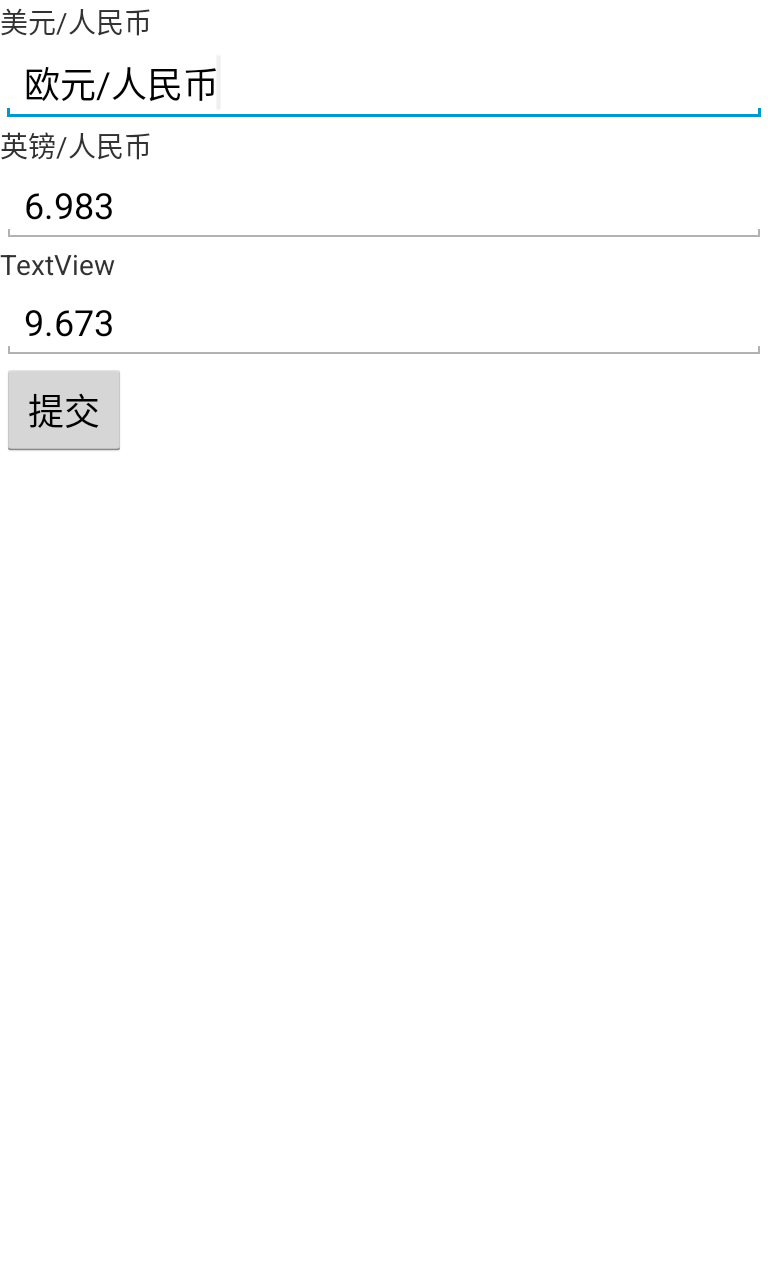
Repository: superlikex/Android_task
Layout: exchange/res/layout/avtivity_set.xml
These files come from the project's save history. The layout is drawn as it stood at one moment and after the next save; the edit follows.
It is drawn on a 768 x 1280 px phone screen (xhdpi) without system bars, with theme AppTheme; the app's code is not run.

Above is the layout before, as saved 2015-12-04 16:56:00.

After the next save:
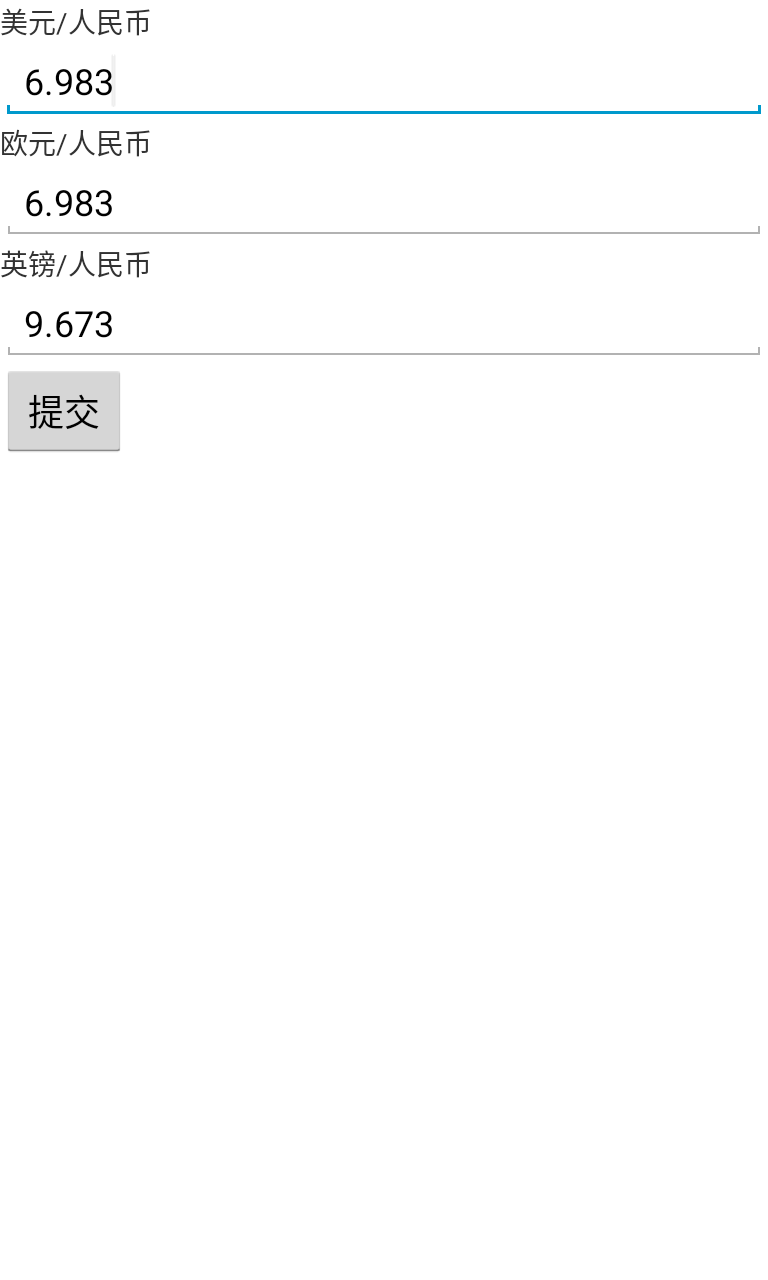
Saved 99 s later.
--- a/exchange/res/layout/avtivity_set.xml
+++ b/exchange/res/layout/avtivity_set.xml
@@ -16,7 +16,7 @@
         android:layout_height="wrap_content"
         android:ems="10"
         android:inputType="numberDecimal"
-         android:text="欧元/人民币"
+         android:text="6.983"
         >
 
         <requestFocus />
@@ -26,7 +26,7 @@
         android:id="@+id/textView2"
         android:layout_width="wrap_content"
         android:layout_height="wrap_content"
-        android:text="英镑/人民币" />
+        android:text="欧元/人民币" />
 
     <EditText
         android:id="@+id/editText2"
@@ -41,7 +41,7 @@
         android:id="@+id/textView3"
         android:layout_width="wrap_content"
         android:layout_height="wrap_content"
-        android:text="TextView" />
+        android:text="英镑/人民币" />
 
     <EditText
         android:id="@+id/editText3"
